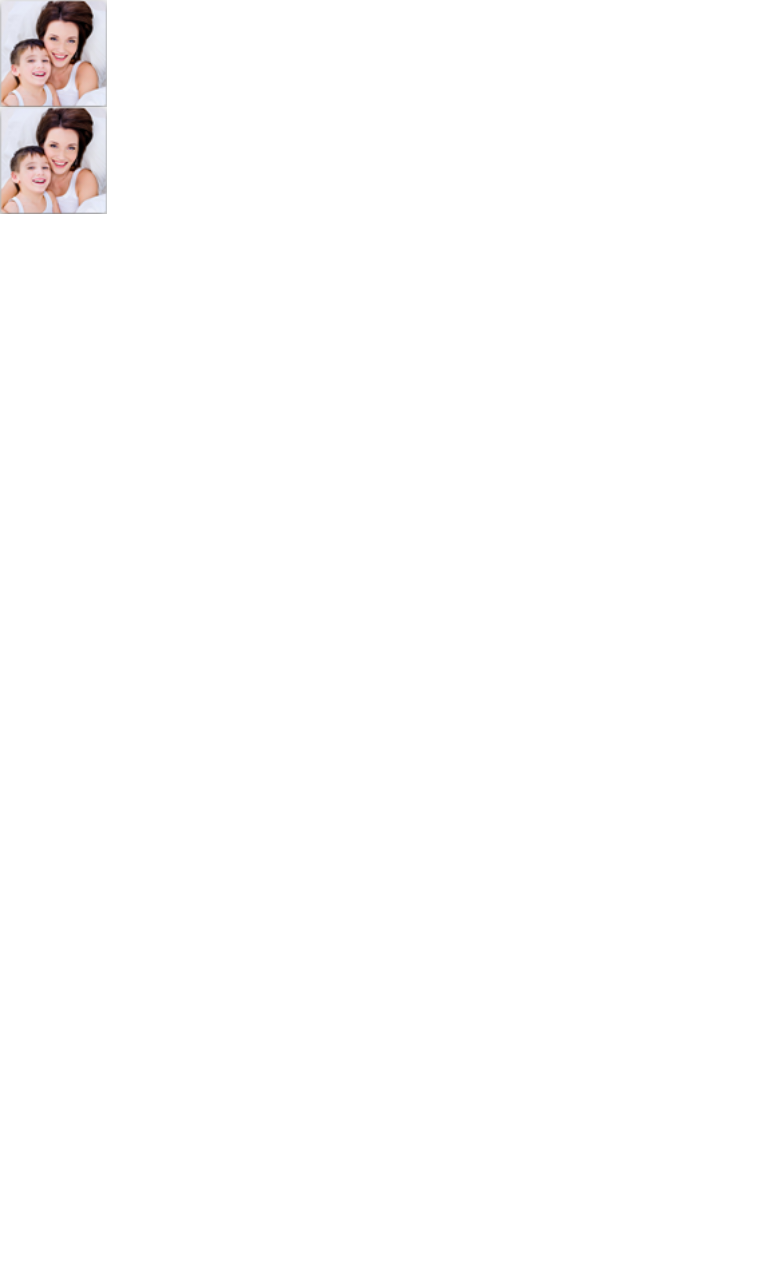
Repository: stone-jin/birthday
Layout: birthday/res/layout/sms_gridview_item.xml
An editor plug-in stored every save of this project. The layout is shown before and after the next save, followed by the edit.
It is drawn on a 768 x 1280 px phone screen (xhdpi) without system bars, with theme AppTheme; the app's code is not run.

Above is the layout before, as saved 2014-05-05 11:16:04.

### birthday/res/layout/sms_gridview_item.xml
<?xml version="1.0" encoding="utf-8"?>
<RelativeLayout xmlns:android="http://schemas.android.com/apk/res/android"
    android:layout_width="fill_parent"
    android:layout_height="fill_parent"
    >

    <LinearLayout
        android:layout_width="wrap_content"
        android:layout_height="wrap_content"
        android:orientation="vertical"
        >

        <ImageView
            android:layout_width="wrap_content"
            android:layout_height="wrap_content"
            android:background="@drawable/a1"
            />

	    <TextView
	        android:layout_width="wrap_content"
	        android:layout_height="wrap_content"
	        android:text="网络文体"
	        android:textColor="#ffffff"
	        android:textSize="12sp"
	        android:drawableTop="@drawable/a1"
	        android:layout_centerInParent="true"
	        android:gravity="center_horizontal"
	        />

    </LinearLayout>




</RelativeLayout>

### birthday/res/values/styles.xml
<resources>

    <!--
        Base application theme, dependent on API level. This theme is replaced
        by AppBaseTheme from res/values-vXX/styles.xml on newer devices.
    -->
    <style name="AppBaseTheme" parent="android:Theme.Light">
        <!--
            Theme customizations available in newer API levels can go in
            res/values-vXX/styles.xml, while customizations related to
            backward-compatibility can go here.
        -->
    </style>

    <!-- Application theme. -->
    <style name="AppTheme" parent="AppBaseTheme">
        <!-- All customizations that are NOT specific to a particular API-level can go here. -->
    </style>

    <!-- ####################以上内容全部来自搬运 ############################################ -->

    <style name="AnimFade" parent="@android:style/Animation.Activity">
    	<item name="android:activityOpenEnterAnimation">@anim/fade_in</item>
    	<item name="android:activityOpenExitAnimation">@anim/hold</item>
    	<item name="android:activityCloseEnterAnimation">@anim/fade_in</item>
    	<item name="android:activityCloseExitAnimation">@anim/fade_out</item>
	</style>
	<style name="AnimBottom" parent="@android:style/Animation">
    	<item name="android:windowEnterAnimation">@anim/push_bottom_in</item>
        <item name="android:windowExitAnimation">@anim/push_bottom_out</item>
	</style>
	<style name="AnimTop" parent="@android:style/Animation">
    	<item name="android:windowEnterAnimation">@anim/push_top_in</item>
        <item name="android:windowExitAnimation">@anim/push_top_out</item>
	</style>
	<style name="AnimTop2" parent="@android:style/Animation">
    	<item name="android:windowEnterAnimation">@anim/push_top_in2</item>
        <item name="android:windowExitAnimation">@anim/push_top_out2</item>
	</style>
	<style name="AnimHead" parent="@android:style/Animation">
    	<item name="android:windowEnterAnimation">@anim/head_in</item>
        <item name="android:windowExitAnimation">@anim/head_out</item>
	</style>

   	<style name="Anim_style" parent="android:Theme.NoTitleBar.Fullscreen">
        <item name="android:windowAnimationStyle">@style/AnimFade</item>
	</style>

	<style name="Anim_style2" parent="android:Theme.NoTitleBar">  <!-- 表示没有titlebar这个框 -->
        <item name="android:windowAnimationStyle">@style/AnimFade</item>     <!-- 定义其中打开或者保持或者关闭的时候的效果 -->
	</style>

	<style name="Anim_style_title" parent="android:Theme">
        <item name="android:windowAnimationStyle">@style/AnimFade</item>
        <item name="android:windowTitleSize">50dp</item>
        <item name="android:windowTitleBackgroundStyle">@style/CustomWindowTitleBackground</item>
	</style>

	<style name="CustomWindowTitleBackground">
       <item name="android:background">@drawable/title_bar</item>
	</style>

	<style name="MyDialogStyle">
        <item name="android:windowBackground">@android:color/transparent</item>
        <item name="android:windowFrame">@null</item>
        <item name="android:windowNoTitle">true</item>
        <item name="android:windowIsFloating">true</item>
        <item name="android:windowIsTranslucent">true</item>
        <item name="android:windowContentOverlay">@null</item>
        <item name="android:windowAnimationStyle">@android:style/Animation.Dialog</item>
        <item name="android:backgroundDimEnabled">true</item>
    </style>

    <style name="MyDialogStyleBottom" parent="android:Theme.Dialog" >
        <item name="android:windowAnimationStyle">@style/AnimBottom</item>
        <item name="android:windowFrame">@null</item><!--边框-->
        <item name="android:windowIsFloating">true</item><!--是否浮现在activity之上-->
        <item name="android:windowIsTranslucent">true</item><!--半透明-->
        <item name="android:windowNoTitle">true</item><!--无标题-->
        <item name="android:windowBackground">@android:color/transparent</item><!--背景透明-->
        <item name="android:backgroundDimEnabled">true</item><!--模糊-->
     </style>

     <style name="MyDialogStyleTop" parent="android:Theme.Dialog" >
        <item name="android:windowAnimationStyle">@style/AnimTop2</item>
        <item name="android:windowFrame">@null</item><!--边框-->
        <item name="android:windowIsFloating">true</item><!--是否浮现在activity之上-->
        <item name="android:windowIsTranslucent">true</item><!--半透明-->
        <item name="android:windowNoTitle">true</item><!--无标题-->
        <item name="android:windowBackground">@android:color/transparent</item><!--背景透明-->
        <item name="android:backgroundDimEnabled">false</item><!--模糊-->
     </style>

    <style name="HeadScale" parent="android:Theme.Dialog" >
        <item name="android:windowAnimationStyle">@style/AnimHead</item>
        <item name="android:windowFrame">@null</item><!--边框-->
        <item name="android:windowIsFloating">true</item><!--是否浮现在activity之上-->
        <item name="android:windowIsTranslucent">true</item><!--半透明-->
        <item name="android:windowNoTitle">true</item><!--无标题-->
        <item name="android:windowBackground">@android:color/black</item>
        <item name="android:backgroundDimEnabled">false</item><!--模糊-->
     </style>

    <style name="MyProgressBar" parent="android:Widget.ProgressBar">
        <item name="android:indeterminateDrawable">@drawable/loading</item>
	</style>

</resources>

Loaded but not shown: birthday/res/values-v11/styles.xml (common file); birthday/res/values-v14/styles.xml (common file)

After the next save:
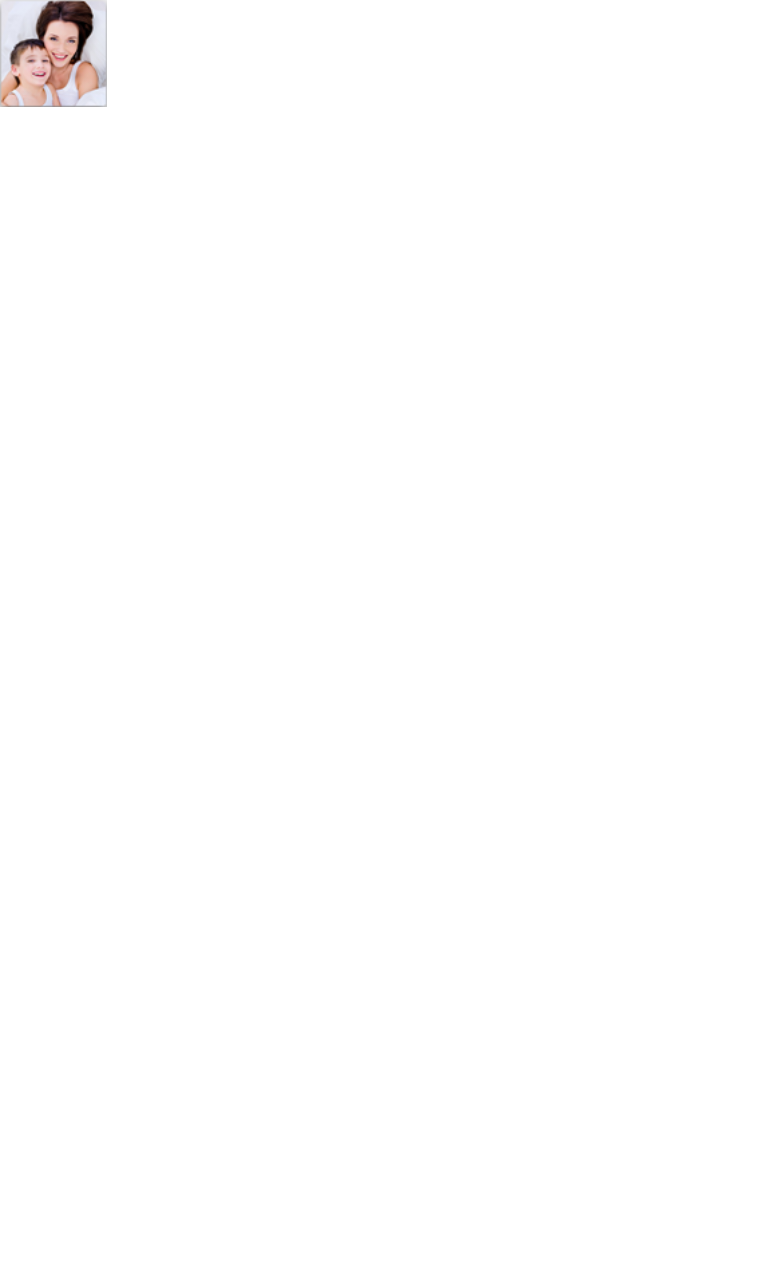
Saved 4 s later.
--- a/birthday/res/layout/sms_gridview_item.xml
+++ b/birthday/res/layout/sms_gridview_item.xml
@@ -22,7 +22,6 @@
 	        android:text="网络文体"
 	        android:textColor="#ffffff"
 	        android:textSize="12sp"
-	        android:drawableTop="@drawable/a1"
 	        android:layout_centerInParent="true"
 	        android:gravity="center_horizontal"
 	        />
